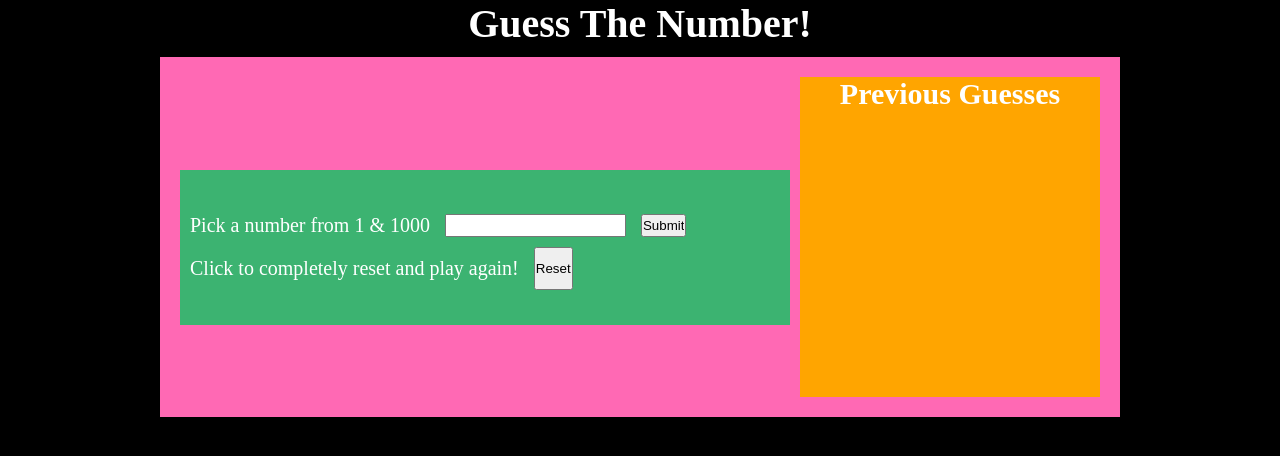
Repository: mlmEFSC21/P14-Guessing-Game
Page: guess.html
These files come from the project's save history. The page is drawn as it stood at one moment and after the next save; the edit follows.
The browser window is 1280 px wide. The pictures show the whole page.

Above is the page before, as saved 2022-03-19 13:33:26.

### guess.html
<!DOCTYPE html>
<html lang="en">
    <head>
        <meta charset="UTF-8" />
        <meta http-equiv="X-UA-Compatible" content="IE=edge" />
        <meta name="viewport" content="width=device-width, initial-scale=1.0" />
        <link rel="stylesheet" href="guess.css" />
        <script src="guess.js" defer></script>
        <title>Guessing Game</title>
    </head>
    <body>
        <header>
            <h1 class="pageTitle">Guess The Number!</h1>
        </header>
        <section>
            <div class="gameContainer" id="container">
                <div class="results" id="results">
                    <form action="#" class="inputForm">
                        <label for="guessInput">Pick a number from 1 & 1000</label>
                        <input type="text" name="guessInput" id="guessInput" />
                        <input type="button" id="submitBtn" value="Submit" />
                        <label for="resetBtn">Click to completely reset and play again!</label>
                        <button type="button" id="resetBtn" value="Reset">Reset</button>
                    </form>
                </div>
                <div class="guessesContainer" id="guessesContainer">
                    <h2>Previous Guesses</h2>
                    <ul class="guesses" id="guessList"></ul>
                </div>
            </div>
        </section>
    </body>
</html>

### guess.css
*,
*::after,
*::before {
    box-sizing: border-box;
    margin: 0;
    padding: 0;
}
body {
    background-color: black;
    color: white;
    font-size: 1.25rem;
}
.pageTitle {
    text-align: center;
}
.gameContainer {
    background-color: hotpink;
    display: grid;
    max-width: 960px;
    height: 50vh;
    margin: 10px auto;
    padding: 20px;
    grid-template-columns: repeat(3, 1fr);
    grid-template-rows: repeat(4, 1fr);
    grid-auto-rows: minmax(200px, auto);
    gap: 10px;
    align-items: start;
    justify-content: center;
}
.results {
    background-color: mediumseagreen;
    display: flex;
    flex-direction: column-reverse;
    margin: 10px auto;
    padding: 10px;
    grid-column: 1/3;
    grid-row: 2 / 4;
    height: 100%;
    justify-content: center;
    align-items: center;
}
.inputForm {
    display: flex;
    flex-wrap: wrap;
}
label {
    margin-right: 15px;
    margin-block: 10px;
}
input {
    margin-right: 15px;
    margin-block: 10px;
}
.submitBtn {
    width: 200px;
}
.guessesContainer {
    background-color: orange;
    display: flex;
    flex-direction: column;
    height: 100%;
    grid-row: 1 / 5;
    align-items: center;
}

### guess.js
let randomNumber = Math.floor(Math.random() * 1000 + 1);
let guesses = [];

const guessInput = document.getElementById("guessInput");
const resultsDiv = document.getElementById("results");
const submitButton = document.getElementById("submitBtn");
const resetButton = document.getElementById("resetBtn");
const p = document.createElement("p");
const ul = document.getElementById("guessList");
const li = document.createElement("li");
const guessesContainer = document.getElementById("guessesContainer");
const h3 = document.createElement("h3");

//checks to see if the guess is higher, lower, or equal to
function checkGuess() {
    const currentGuess = Number(guessInput.value);
    if (currentGuess == randomNumber) {
        guesses.push(currentGuess);
        p.innerText = "Congratulations! You guessed the number!";
        resultsDiv.append(p);
        countGuesses();
    }
    if (currentGuess < randomNumber) {
        guesses.push(currentGuess);
        p.innerText = "Too low. Try again!";
        resultsDiv.append(p);
        trackGuesses();
    }
    if (currentGuess > randomNumber) {
        guesses.push(currentGuess);
        p.innerText = "Too high. Try again!";
        resultsDiv.append(p);
        trackGuesses();
    }
}
//tracks previous guess in a <ul>. Removes <li> and populates from guesses[] each time.
function trackGuesses() {
    while (ul.hasChildNodes()) {
        ul.removeChild(ul.firstChild);
    }
    for (i = 0; i <= guesses.length - 1; i++) {
        let li = document.createElement("li");
        li.innerText = guesses[i];
        ul.appendChild(li);
    }
}

//counts how many guesses. Uses array length.
function countGuesses() {
    let numOfGuesses = guesses.length;
    h3.innerText = `It took you ${numOfGuesses} guesses!`;
    guessesContainer.append(h3);
}
// creates a new random number for replay
function newRNG() {
    randomNumber = Math.floor(Math.random() * 10 + 1);
}
//resets the game completely.
function resetGame() {
    p.innerText = "";
    resultsDiv.append(p);
    while (ul.hasChildNodes()) {
        ul.removeChild(ul.firstChild);
    }
    h3.remove();
    // guessesContainer.removeChild(h3);
    guesses = [];
    newRNG();
    console.log(randomNumber);
}

submitButton.addEventListener("click", checkGuess);
resetButton.addEventListener("click", resetGame);
//logging random number for debugging. DELETE LATER
console.log(randomNumber);
console.log(guesses);

After the next save:
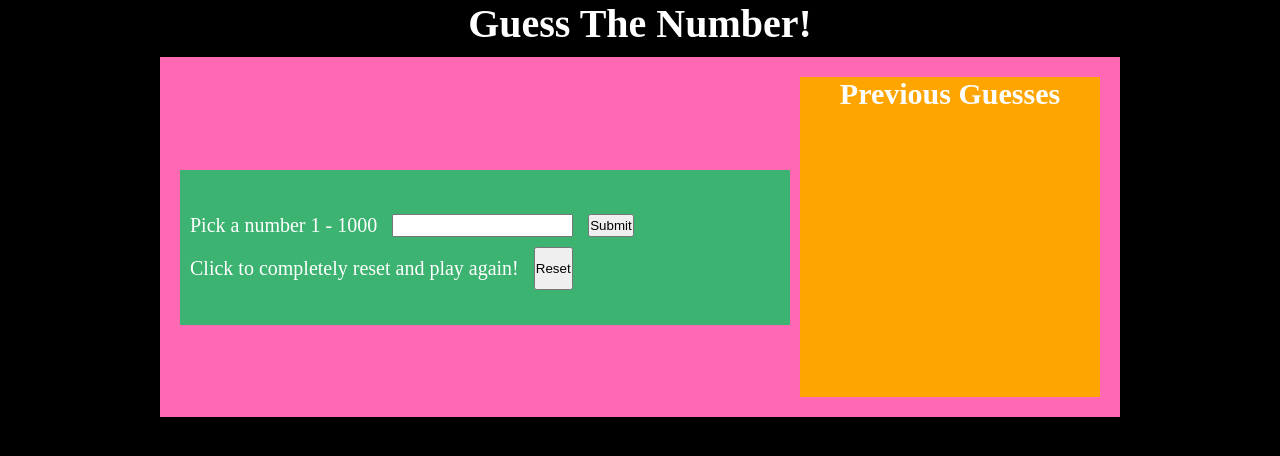
Saved 2 min 39 s later.
--- a/guess.html
+++ b/guess.html
@@ -16,7 +16,7 @@
             <div class="gameContainer" id="container">
                 <div class="results" id="results">
                     <form action="#" class="inputForm">
-                        <label for="guessInput">Pick a number from 1 & 1000</label>
+                        <label for="guessInput">Pick a number 1 - 1000</label>
                         <input type="text" name="guessInput" id="guessInput" />
                         <input type="button" id="submitBtn" value="Submit" />
                         <label for="resetBtn">Click to completely reset and play again!</label>
